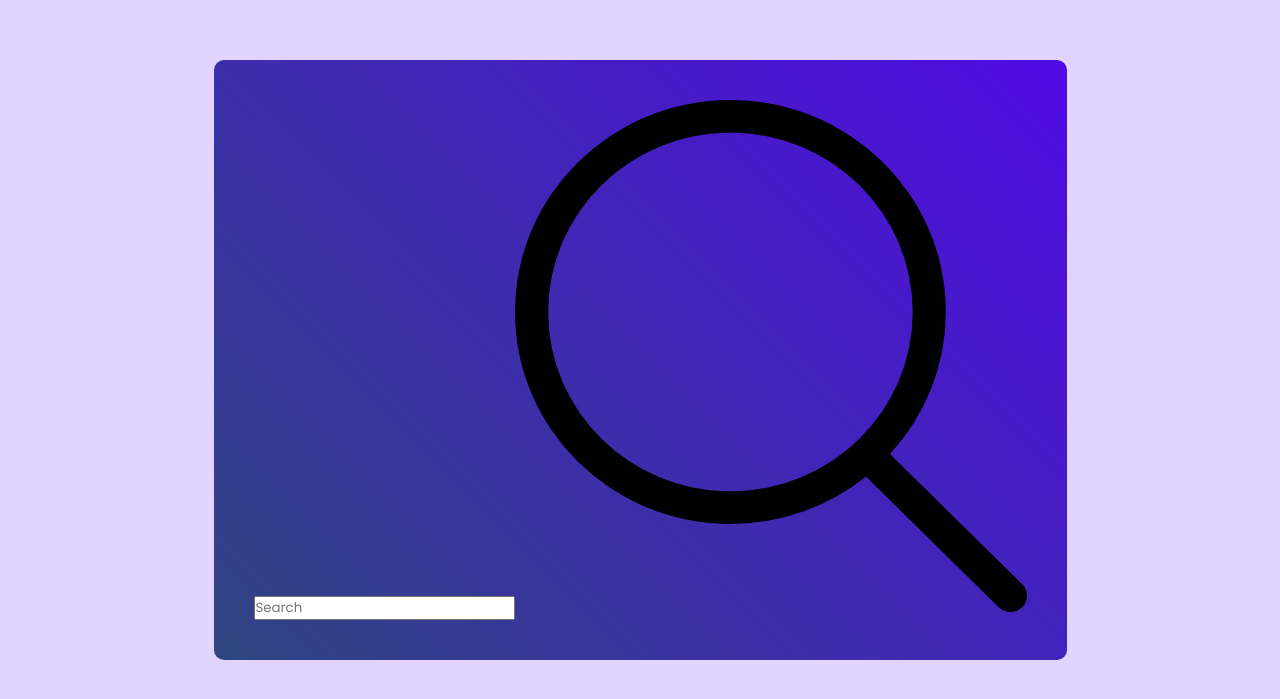
Repository: wakoya-tech/wheather-app
Page: /
An editor plug-in stored every save of this project. The page is shown before and after the next save, followed by the edit.
The browser window is 1280 px wide. The pictures show the whole page.
Some web fonts or font styles are not loaded; a fallback is used. The project was rebuilt for these pictures with package versions that can differ from the ones it lists, and the page was loaded fresh each time. Also part of the build but not shown: vite.config.js, src/App.css.

Above is the page before, as saved 2025-10-18 00:02:16.

After the next save:
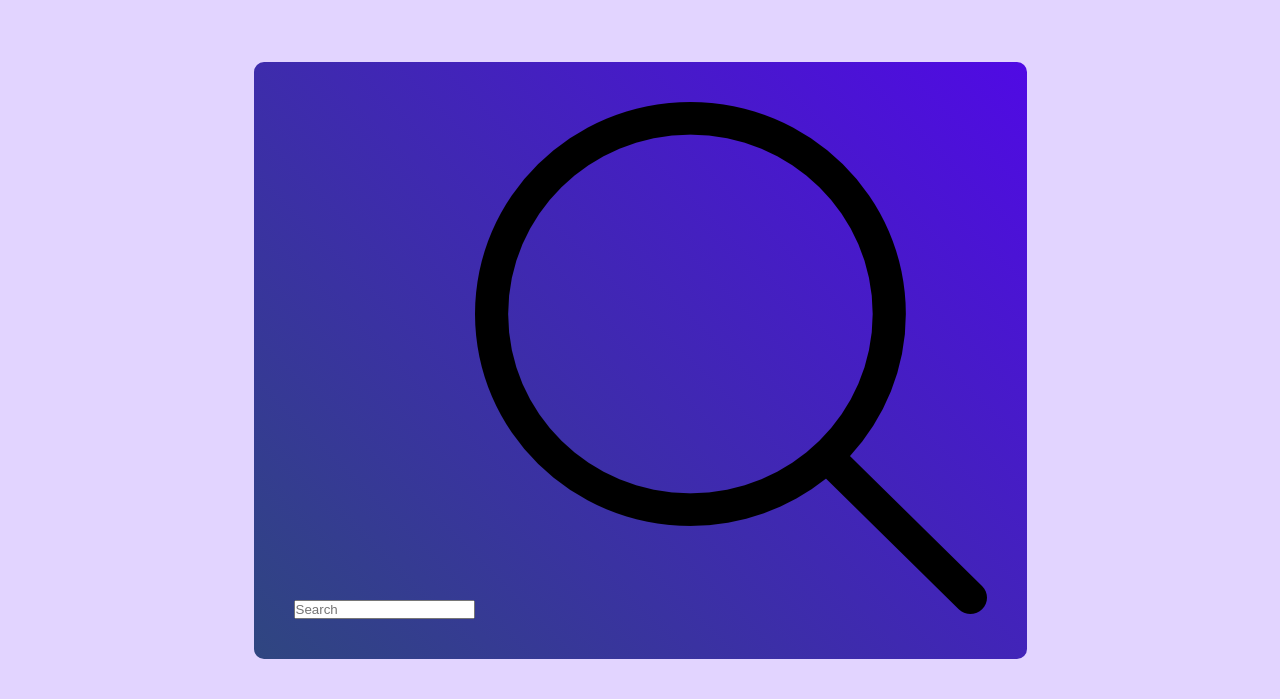
Saved 21 s later.
--- a/src/index.css
+++ b/src/index.css
@@ -1,4 +1,3 @@
-@import url('https://fonts.googleapis.com/css2?family=Lato&family=Poppins:ital,wght@0,100;0,200;0,300;0,400;0,500;0,600;0,700;0,800;0,900;1,100;1,200;1,300;1,400;1,500;1,600;1,700;1,800;1,900&family=WDXL+Lubrifont+SC&display=swap');
 
 *{
     margin: 0;
